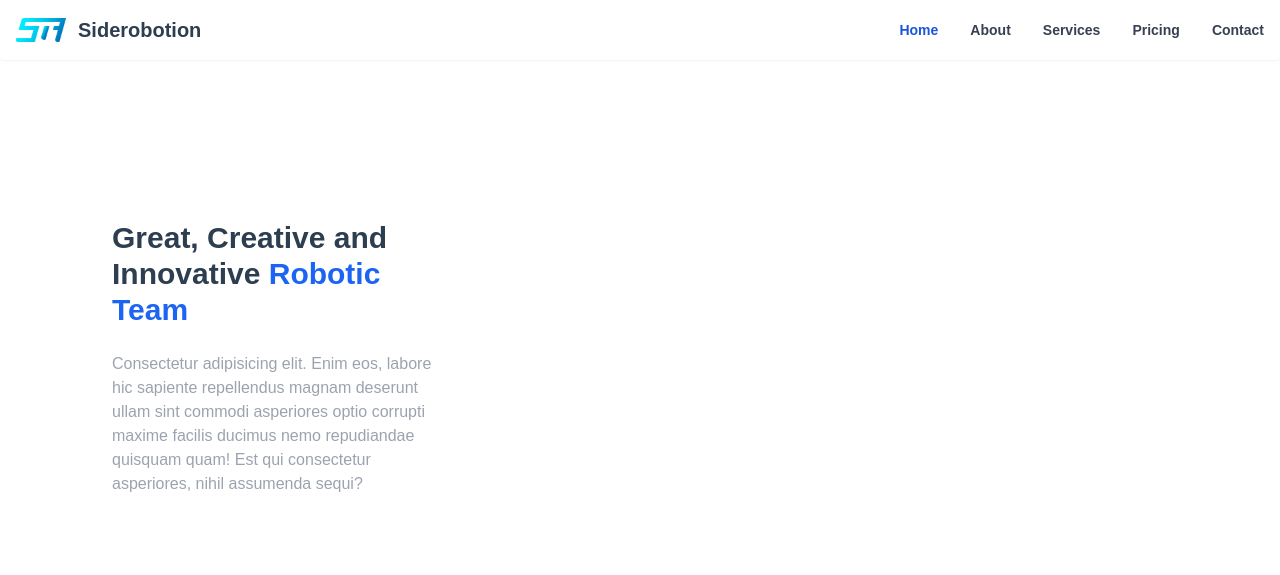
Repository: khulqu15/siderobotion
Page: /
An editor plug-in stored every save of this project. The page is shown before and after the next save, followed by the edit.
The browser window is 1280 px wide. The pictures show the whole page.
The project was rebuilt for these pictures with package versions that can differ from the ones it lists, and the page was loaded fresh each time. Also part of the build but not shown: vue.config.js.

Above is the page before, as saved 2022-06-12 02:12:45.

### src/main.js
import { createApp } from 'vue'
import App from './App.vue'
import './registerServiceWorker'
import router from './router'
import store from './store'
import 'flowbite'
import './index.css'

createApp(App)
  .use(store)
  .use(router)
  .mount('#app')

### src/index.css
@tailwind base;
@tailwind components;
@tailwind utilities;
@import url('https://fonts.googleapis.com/css2?family=Poppins:ital,wght@0,100;0,200;0,300;0,400;0,500;0,600;0,700;0,800;0,900;1,100;1,200;1,300;1,400;1,500;1,600;1,700;1,800;1,900&display=swap');

* {
  font-family: 'Poppins', sans-serif !important;
}

### src/views/HomeView.vue
<template>

  <web-layout>
    <div class="px-28 py-12 grid grid-cols-3 gap-4">
      <div class="py-28 text-start">
        <h1 class="text-3xl font-semibold">Great, Creative and Innovative <span class="text-blue-600">Robotic Team</span> </h1>
        <p class="text-gray-400 mt-6">Consectetur adipisicing elit. Enim eos, labore hic sapiente repellendus magnam deserunt ullam sint commodi asperiores optio corrupti maxime facilis ducimus nemo repudiandae quisquam quam! Est qui consectetur asperiores, nihil assumenda sequi?</p>
        <button></button>
      </div>
    </div>
  </web-layout>

</template>

<script>
import WebLayout from '@/layouts/WebLayout.vue'
export default {
  name: 'HomeView',
  components: {
    WebLayout
  }
}
</script>

### src/layouts/WebLayout.vue
<template>
  <div id="app-web">
    <div id="nav">
      <navigation-header/>
    </div>
    <div id="body-content">
      <slot id="content"></slot>
    </div>
  </div>
</template>

<script>
import NavigationHeader from '@/components/NavigationHeader.vue'
export default {
  components: {
    NavigationHeader
  }
}
</script>

### src/components/NavigationHeader.vue
<template>
  <div>
    <nav class="bg-white border-gray-200 px-2 sm:px-4 py-4 shadow-sm rounded dark:bg-gray-800">
      <div class="container flex flex-wrap justify-between items-center mx-auto">
        <a href="/" class="flex items-center">
          <img :src="require('@/assets/logo.webp')" class="mr-3 h-4 sm:h-6" alt="Siderobotion Logo">
          <span class="self-center text-xl font-semibold whitespace-nowrap dark:text-white">Siderobotion</span>
        </a>
        <button data-collapse-toggle="mobile-menu" type="button" class="inline-flex items-center p-2 ml-3 text-sm text-gray-500 rounded-lg md:hidden hover:bg-gray-100 focus:outline-none focus:ring-2 focus:ring-gray-200 dark:text-gray-400 dark:hover:bg-gray-700 dark:focus:ring-gray-600" aria-controls="mobile-menu" aria-expanded="false">
          <span class="sr-only">Open main menu</span>
          <svg class="w-6 h-6" fill="currentColor" viewBox="0 0 20 20" xmlns="http://www.w3.org/2000/svg"><path fill-rule="evenodd" d="M3 5a1 1 0 011-1h12a1 1 0 110 2H4a1 1 0 01-1-1zM3 10a1 1 0 011-1h12a1 1 0 110 2H4a1 1 0 01-1-1zM3 15a1 1 0 011-1h12a1 1 0 110 2H4a1 1 0 01-1-1z" clip-rule="evenodd"></path></svg>
          <svg class="hidden w-6 h-6" fill="currentColor" viewBox="0 0 20 20" xmlns="http://www.w3.org/2000/svg"><path fill-rule="evenodd" d="M4.293 4.293a1 1 0 011.414 0L10 8.586l4.293-4.293a1 1 0 111.414 1.414L11.414 10l4.293 4.293a1 1 0 01-1.414 1.414L10 11.414l-4.293 4.293a1 1 0 01-1.414-1.414L8.586 10 4.293 5.707a1 1 0 010-1.414z" clip-rule="evenodd"></path></svg>
        </button>
        <div class="hidden w-full md:block md:w-auto" id="mobile-menu">
          <ul class="flex flex-col mt-4 md:flex-row md:space-x-8 md:mt-0 md:text-sm md:font-medium">
            <li>
              <a href="#" class="block py-2 pr-4 pl-3 text-white bg-blue-700 rounded md:bg-transparent md:text-blue-700 md:p-0 dark:text-white" aria-current="page">Home</a>
            </li>
            <li>
              <a href="#" class="block py-2 pr-4 pl-3 text-gray-700 border-b border-gray-100 hover:bg-gray-50 md:hover:bg-transparent md:border-0 md:hover:text-blue-700 md:p-0 dark:text-gray-400 md:dark:hover:text-white dark:hover:bg-gray-700 dark:hover:text-white md:dark:hover:bg-transparent dark:border-gray-700">About</a>
            </li>
            <li>
              <a href="#" class="block py-2 pr-4 pl-3 text-gray-700 border-b border-gray-100 hover:bg-gray-50 md:hover:bg-transparent md:border-0 md:hover:text-blue-700 md:p-0 dark:text-gray-400 md:dark:hover:text-white dark:hover:bg-gray-700 dark:hover:text-white md:dark:hover:bg-transparent dark:border-gray-700">Services</a>
            </li>
            <li>
              <a href="#" class="block py-2 pr-4 pl-3 text-gray-700 border-b border-gray-100 hover:bg-gray-50 md:hover:bg-transparent md:border-0 md:hover:text-blue-700 md:p-0 dark:text-gray-400 md:dark:hover:text-white dark:hover:bg-gray-700 dark:hover:text-white md:dark:hover:bg-transparent dark:border-gray-700">Pricing</a>
            </li>
            <li>
              <a href="#" class="block py-2 pr-4 pl-3 text-gray-700 hover:bg-gray-50 md:hover:bg-transparent md:border-0 md:hover:text-blue-700 md:p-0 dark:text-gray-400 md:dark:hover:text-white dark:hover:bg-gray-700 dark:hover:text-white md:dark:hover:bg-transparent">Contact</a>
            </li>
          </ul>
        </div>
      </div>
    </nav>

  </div>
</template>

### tailwind.config.js
module.exports = {

  content: [
    "./index.html",
    "./src/**/*.{vue,js,ts,jsx,tsx}",
    "./node_modules/flowbite/**/*.js",
  ],
  theme: {
    extend: {},
  },
  plugins: [
    require('flowbite/plugin')
  ]

}

Loaded but not shown: public/index.html (common file); src/App.vue (common file); src/registerServiceWorker.js (common file); src/router/index.js (common file); src/store/index.js (common file)

After the next save:
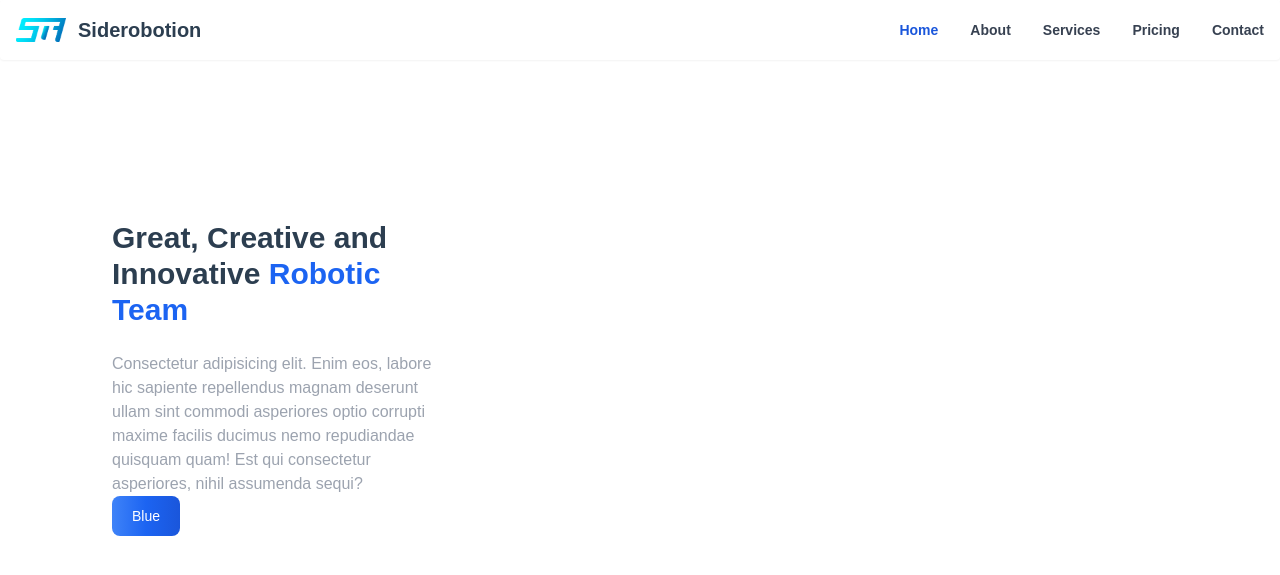
Saved 28 s later.
--- a/src/views/HomeView.vue
+++ b/src/views/HomeView.vue
@@ -5,7 +5,7 @@
       <div class="py-28 text-start">
         <h1 class="text-3xl font-semibold">Great, Creative and Innovative <span class="text-blue-600">Robotic Team</span> </h1>
         <p class="text-gray-400 mt-6">Consectetur adipisicing elit. Enim eos, labore hic sapiente repellendus magnam deserunt ullam sint commodi asperiores optio corrupti maxime facilis ducimus nemo repudiandae quisquam quam! Est qui consectetur asperiores, nihil assumenda sequi?</p>
-        <button></button>
+        <button type="button" class="text-white bg-gradient-to-r from-blue-500 via-blue-600 to-blue-700 hover:bg-gradient-to-br focus:ring-4 focus:outline-none focus:ring-blue-300 dark:focus:ring-blue-800 font-medium rounded-lg text-sm px-5 py-2.5 text-center mr-2 mb-2">Blue</button>
       </div>
     </div>
   </web-layout>
